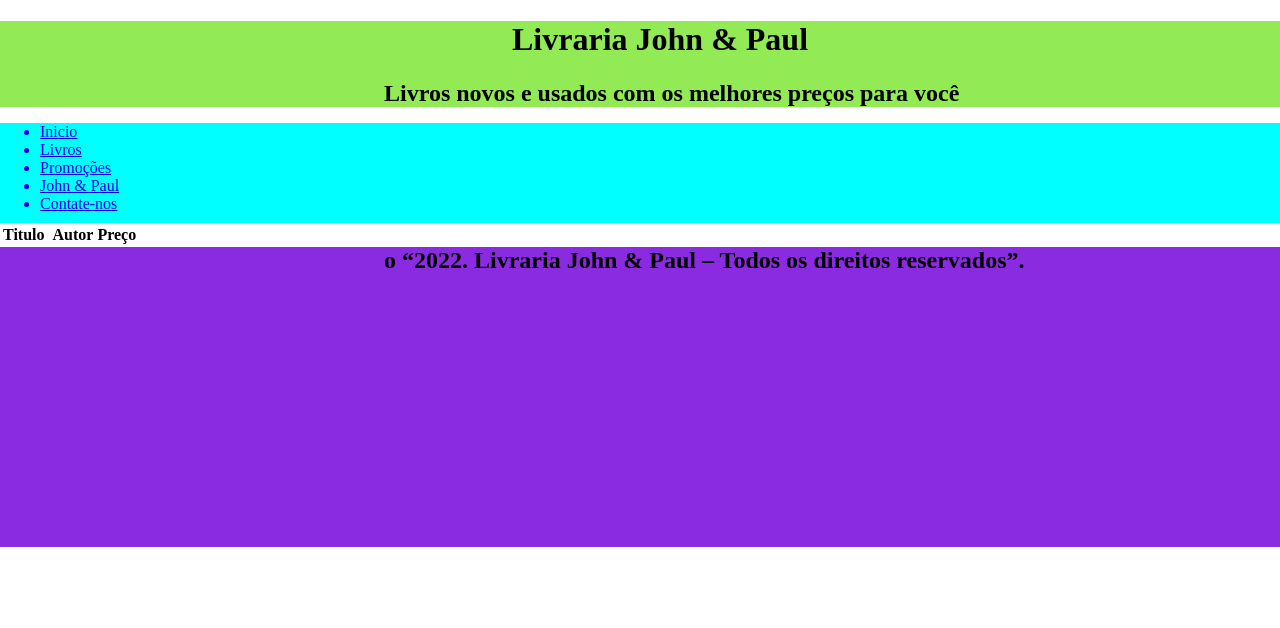
Repository: MarcoantonioCaldeira/Aprendizados-e-Conhecimentos
Page: Projeto-livraria/pages/produtos.html
These files come from the project's save history. The page is drawn as it stood at one moment and after the next save; the edit follows.
The browser window is 1280 px wide. The pictures show the whole page.

Above is the page before, as saved 2022-05-25 13:37:46.

After the next save:
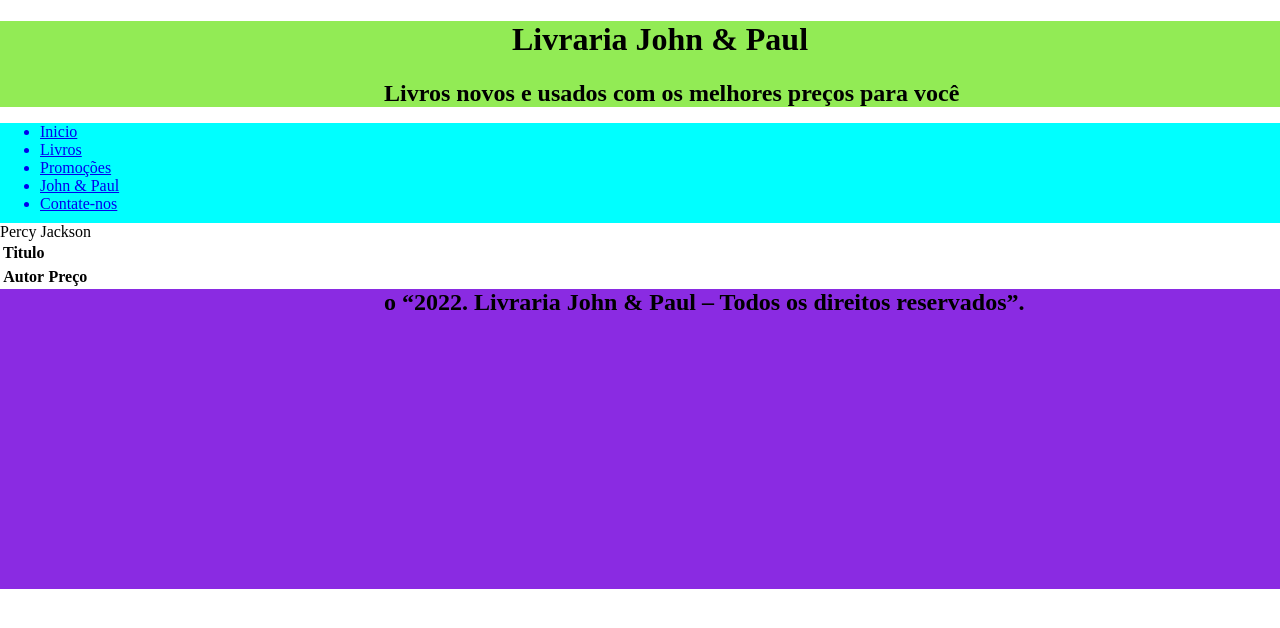
Saved 30 s later.
--- a/Projeto-livraria/pages/produtos.html
+++ b/Projeto-livraria/pages/produtos.html
@@ -25,9 +25,9 @@
 
           <table>
             <th>Titulo</th>
-            <td>
-
-            </td>
+              <td>
+                <tr>Percy Jackson</tr>
+              </td>
             <th>Autor</th>
             <th>Preço</th>
           </table>

After the save that followed:
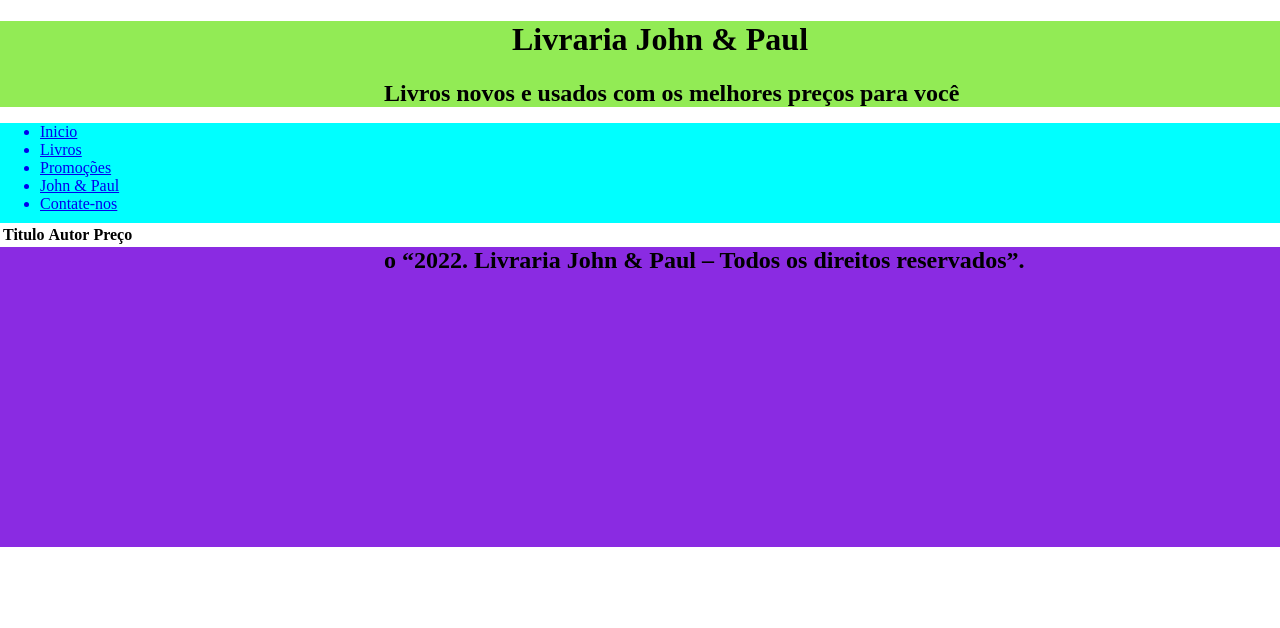
Saved 4 min 38 s later.
--- a/Projeto-livraria/pages/produtos.html
+++ b/Projeto-livraria/pages/produtos.html
@@ -23,14 +23,15 @@
 
         <div class="Sobre">
 
-          <table>
-            <th>Titulo</th>
-              <td>
-                <tr>Percy Jackson</tr>
-              </td>
-            <th>Autor</th>
-            <th>Preço</th>
-          </table>
+          <tbody>
+            <table>
+              <tr>
+                <th>Titulo</th>
+                <th>Autor</th>
+                <th>Preço</th>
+              </tr>
+            </table>
+          </tbody>
 
         </div>
         <div id="rodape">
